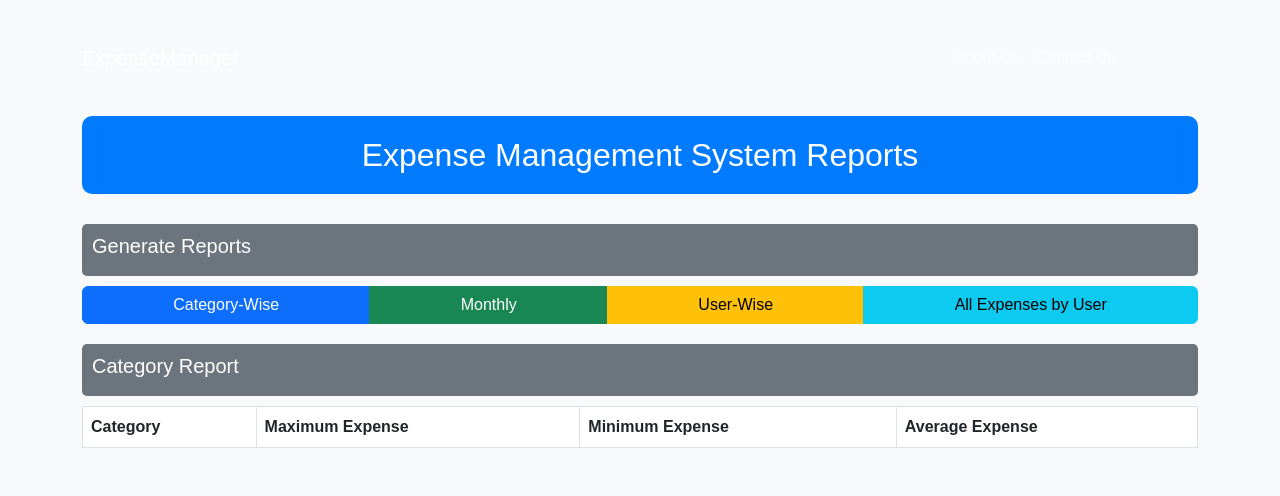
Repository: omlokhande1212/Expense-management
Page: http://localhost/Demo/adminReports.jsp?reportType=category
An editor plug-in stored every save of this project. The page is shown before and after the next save, followed by the edit.
The browser window is 1280 px wide. The pictures show the whole page.
The page is served by Tomcat 10. Queries for data that is not in the repository find no rows.

Above is the page before, as saved 2024-11-28 18:52:40.

After the next save:
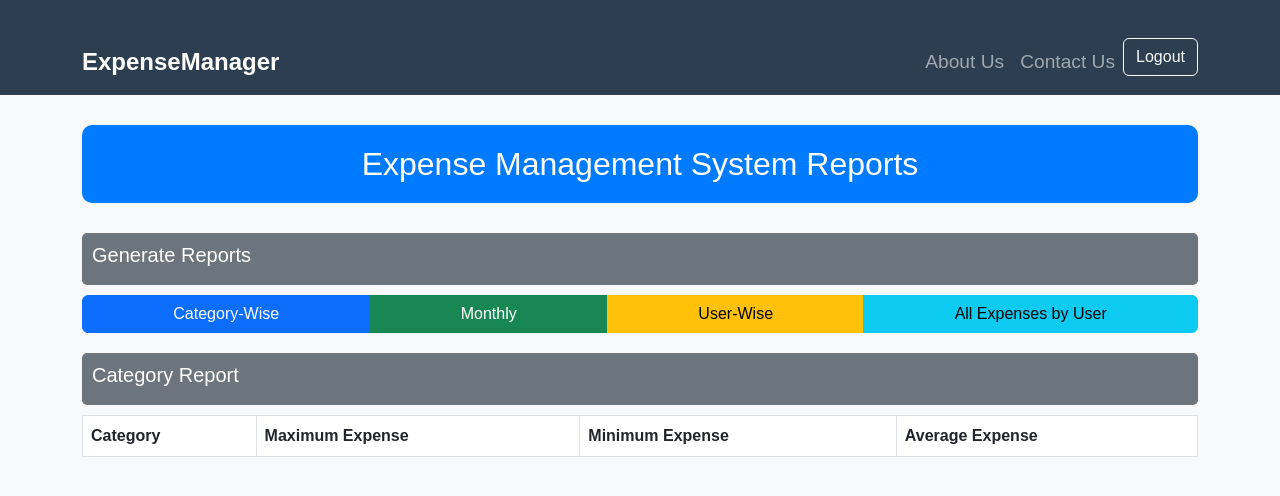
Saved 8 s later.
--- a/expense/Demo/src/main/webapp/adminReports.jsp
+++ b/expense/Demo/src/main/webapp/adminReports.jsp
@@ -9,6 +9,21 @@
         body {
             background-color: #f8f9fa;
             font-family: 'Arial', sans-serif;
+        }
+           .navbar {
+            background-color: #2c3e50;
+        }
+        .navbar-brand {
+            font-weight: bold;
+            font-size: 1.5rem;
+        }
+        .navbar-nav .nav-link {
+            font-size: 1.2rem;
+            padding: 10px 15px;
+        }
+        .navbar-nav .nav-link:hover {
+            background-color: #34495e;
+            color: white;
         }
         .container {
             margin-top: 30px;
